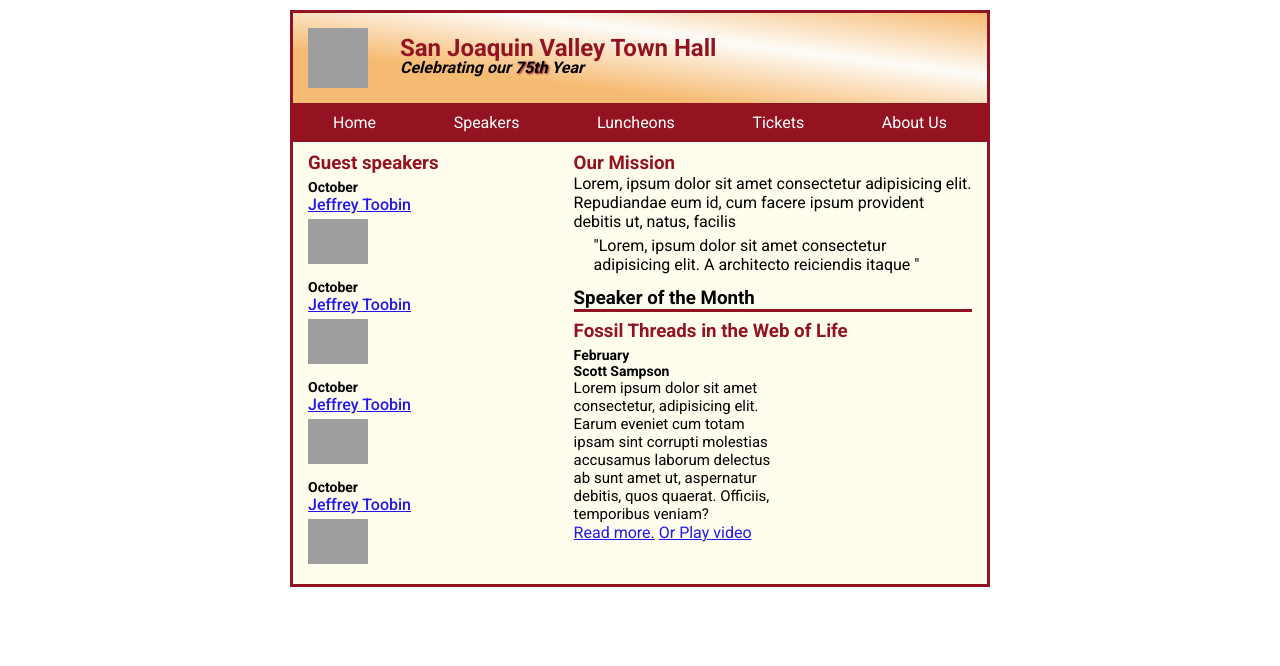
Repository: Mannj-nef/ex-5-6-7-8_IvVettech
Page: index.html
These files come from the project's save history. The page is drawn as it stood at one moment and after the next save; the edit follows.
The browser window is 1280 px wide. The pictures show the whole page.
Pictures or frames that could not be fetched are drawn as grey boxes.

Above is the page before, as saved 2022-03-24 22:40:59.

### index.html
<!DOCTYPE html>
<html lang="en">
  <head>
    <meta charset="UTF-8" />
    <meta http-equiv="X-UA-Compatible" content="IE=edge" />
    <meta name="viewport" content="width=device-width, initial-scale=1.0" />
    <link rel="stylesheet" href="./Asset/style.css" />
    <link rel="preconnect" href="https://fonts.googleapis.com" />
    <link rel="preconnect" href="https://fonts.gstatic.com" crossorigin />
    <link
      href="https://fonts.googleapis.com/css2?family=Roboto:wght@300;400;500;700&display=swap"
      rel="stylesheet"
    />
    <title>Exercise5-6</title>
    <link
      rel="shortcut icon"
      href="https://iviettech.vn/wp-content/themes/viettech/img/front/favicon.ico"
      type="image/x-icon"
    />
  </head>
  <body>
    <div id="app">
      <header id="header">
        <div class="header-top">
          <div class="header-image__wrapper">
            <img
              src="https://source.unsplash.com/random"
              alt=""
              class="header-image"
            />
          </div>
          <div class="header-main">
            <h2 class="header-main__title">San Joaquin Valley Town Hall</h2>
            <p class="header-main__decs">
              Celebrating our
              <span class="header-main__decs-b"
                >75 <span class="header-main__decs-c">th</span>
              </span>
              Year
            </p>
          </div>
        </div>
        <div class="header-nav">
          <ul class="header-nav__list">
            <li class="header-nav__item">
              <a href="" class="header-nav__link">Home</a>
            </li>
            <li class="header-nav__item">
              <a href="" class="header-nav__link">Speakers</a>
            </li>
            <li class="header-nav__item">
              <a href="" class="header-nav__link">Luncheons</a>
            </li>
            <li class="header-nav__item">
              <a href="" class="header-nav__link">Tickets</a>
            </li>
            <li class="header-nav__item">
              <a href="" class="header-nav__link">About Us</a>
            </li>
          </ul>
        </div>
      </header>
      <section id="content">
        <div class="content-left">
          <h3 class="content-title">Guest speakers</h3>

          <div class="content-left__member">
            <p class="content__member-month">October</p>
            <a href="" class="content-left__member-link">Jeffrey Toobin</a>
            <div class="content-left__member-avata-wrapper">
              <img
                src="https://source.unsplash.com/random"
                alt=""
                class="content-left__member-avata"
              />
            </div>
          </div>
          <div class="content-left__member">
            <p class="content__member-month">October</p>
            <a href="" class="content-left__member-link">Jeffrey Toobin</a>
            <div class="content-left__member-avata-wrapper">
              <img
                src="https://source.unsplash.com/random"
                alt=""
                class="content-left__member-avata"
              />
            </div>
          </div>
          <div class="content-left__member">
            <p class="content__member-month">October</p>
            <a href="" class="content-left__member-link">Jeffrey Toobin</a>
            <div class="content-left__member-avata-wrapper">
              <img
                src="https://source.unsplash.com/random"
                alt=""
                class="content-left__member-avata"
              />
            </div>
          </div>
          <div class="content-left__member">
            <p class="content__member-month">October</p>
            <a href="" class="content-left__member-link">Jeffrey Toobin</a>
            <div class="content-left__member-avata-wrapper">
              <img
                src="https://source.unsplash.com/random"
                alt=""
                class="content-left__member-avata"
              />
            </div>
          </div>
        </div>
        <div class="constent-right">
          <div class="constent-right__top">
            <h3 class="content-title">Our Mission</h3>
            <p class="constent-right__desc">
              Lorem, ipsum dolor sit amet consectetur adipisicing elit.
              Repudiandae eum id, cum facere ipsum provident debitis ut, natus,
              facilis
            </p>
            <p class="constent-right__desc-sub">
              "Lorem, ipsum dolor sit amet consectetur adipisicing elit. A
              architecto reiciendis itaque "
            </p>
            <h3 class="constent-right-title">Speaker of the Month</h3>
          </div>
          <div class="constent-right__center">
            <h3 class="content-title">Fossil Threads in the Web of Life</h3>
            <div class="constent-right__center-right">
              <h3 class="content__member-month center-right_title">
                <p>February</p>
                Scott Sampson
              </h3>
              <p class="constent-right__center-desc">
                Lorem ipsum dolor sit amet consectetur, adipisicing elit. Earum
                eveniet cum totam ipsam sint corrupti molestias accusamus
                laborum delectus ab sunt amet ut, aspernatur debitis, quos
                quaerat. Officiis, temporibus veniam?
              </p>
              <a href="" class="constent-right__center-link">Read more.</a>
              <a href="" class="constent-right__center-link">Or Play video</a>
            </div>
          </div>
        </div>
      </section>
    </div>
  </body>
</html>

### Asset/style.css
* {
  margin: 0;
  padding: 0;
  box-sizing: border-box;
}
html {
  font-family: "Roboto", sans-serif;
}
:root {
  --prymary-color: #931420;
  --white-color: #fff;
  --yellow-color: #ebc700;
  --blue-color: #2119ee;
  --size: 60px;
}

#app {
  margin: 10px auto;
  width: 700px;
  border: 3px solid var(--prymary-color);
}

#header {
}
.header-top {
  padding: 15px;
  display: flex;
  align-items: center;
  background-image: linear-gradient(
    to right top,
    #f6bb73 30%,
    #fefcf8,
    #f6bb73
  );
}
.header-image__wrapper {
  width: var(--size);
  height: var(--size);
  margin-right: 2em;
}
.header-image {
  width: 100%;
  height: 100%;
  object-fit: cover;
}
.header-main {
  line-height: 20px;
}
.header-main__title {
  color: var(--prymary-color);
}
.header-main__decs {
  color: #000;
  font-weight: 600;
  font-style: italic;
}
.header-main__decs-b {
  display: inline-flex;
  text-shadow: 1px 1px 2px var(--prymary-color);
}
.header-nav {
  background-color: var(--prymary-color);
}
.header-nav__list {
  list-style: none;
  display: flex;
  justify-content: space-between;
  padding: 0 20px;
}
.header-nav__item {
  padding: 10px 20px;
}
.header-nav__link {
  font-weight: 400;
  text-decoration: none;
  color: var(--white-color);
}
.header-nav__item:hover .header-nav__link {
  color: var(--yellow-color);
}

#content {
  background-color: #fffded;
  padding: 10px 15px;
  display: flex;
}

.content-left {
  width: 40%;
}
.content-title {
  color: var(--prymary-color);
}
.content-left__member {
}
.content__member-month {
  margin-top: 5px;
  font-size: 14px;
  font-weight: 600;
}
.content-left__member-link {
  font-weight: 500;
  color: var(--blue-color);
}
.content-left__member-avata-wrapper {
  width: var(--size);
  height: var(--size);
  display: flex;
  padding-top: 5px;
  padding-bottom: 10px;
}
.content-left__member-avata {
  width: 100%;
  height: 100%;
}
.constent-right {
  width: 60%;
}
.constent-right__desc-sub {
  padding: 5px 20px;
}
.constent-right-title {
  margin: 8px 0;
  font-weight: 600;
  color: #000;
  border-bottom: 3px solid var(--prymary-color);
}

.constent-right__center-right {
  width: 50%;
}
.center-right_title {
  margin-right: 10px;
}
.constent-right__center-desc {
  font-size: 15px;
  line-height: 1.2;
}
.constent-right__center-link {
  color: var(--blue-color);
}

After the next save:
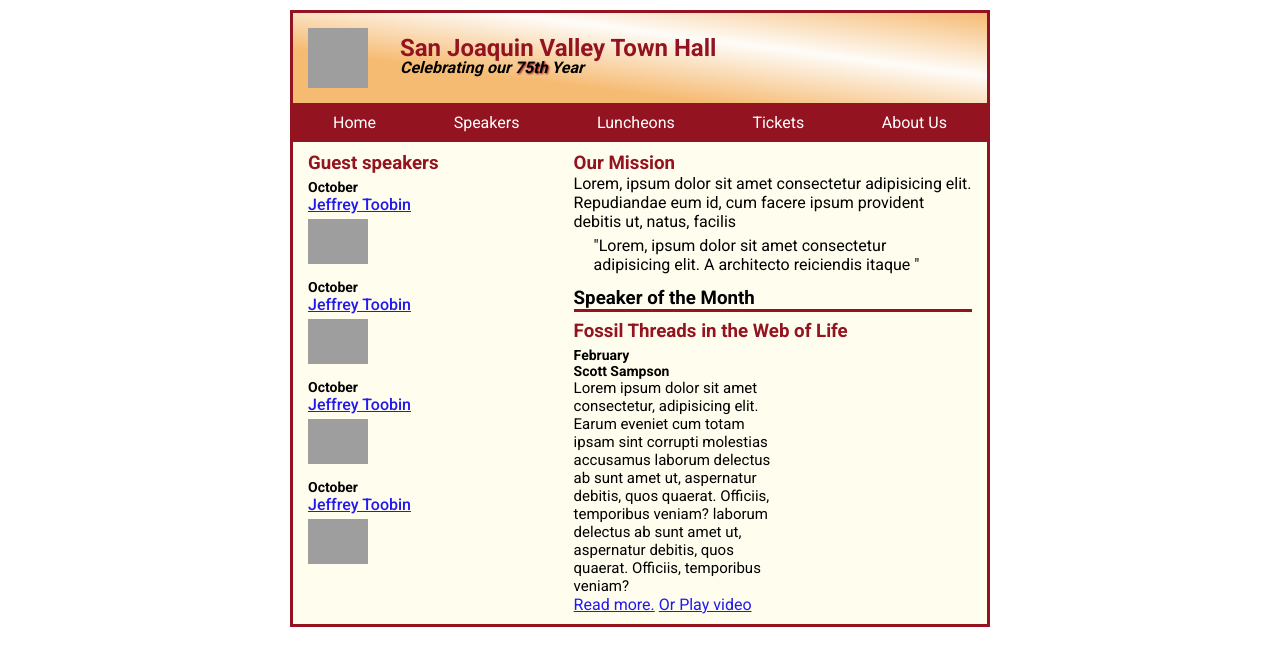
Saved 22 s later.
--- a/index.html
+++ b/index.html
@@ -134,7 +134,9 @@
                 Lorem ipsum dolor sit amet consectetur, adipisicing elit. Earum
                 eveniet cum totam ipsam sint corrupti molestias accusamus
                 laborum delectus ab sunt amet ut, aspernatur debitis, quos
-                quaerat. Officiis, temporibus veniam?
+                quaerat. Officiis, temporibus veniam? laborum delectus ab sunt
+                amet ut, aspernatur debitis, quos quaerat. Officiis, temporibus
+                veniam?
               </p>
               <a href="" class="constent-right__center-link">Read more.</a>
               <a href="" class="constent-right__center-link">Or Play video</a>
